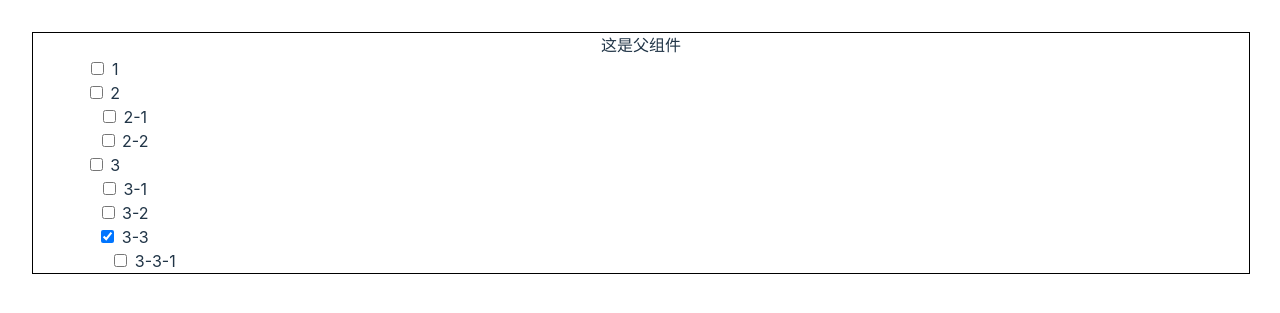
Repository: LeeypOR/management-system
Page: /
An editor plug-in stored every save of this project. The page is shown before and after the next save, followed by the edit.
The browser window is 1280 px wide. The pictures show the whole page.
The project was rebuilt for these pictures with package versions that can differ from the ones it lists, and the page was loaded fresh each time. Also part of the build but not shown: vite.config.ts.

Above is the page before, as saved 2023-02-23 18:21:20.
Console error: SyntaxError: Cannot use import statement outside a module

After the next save:
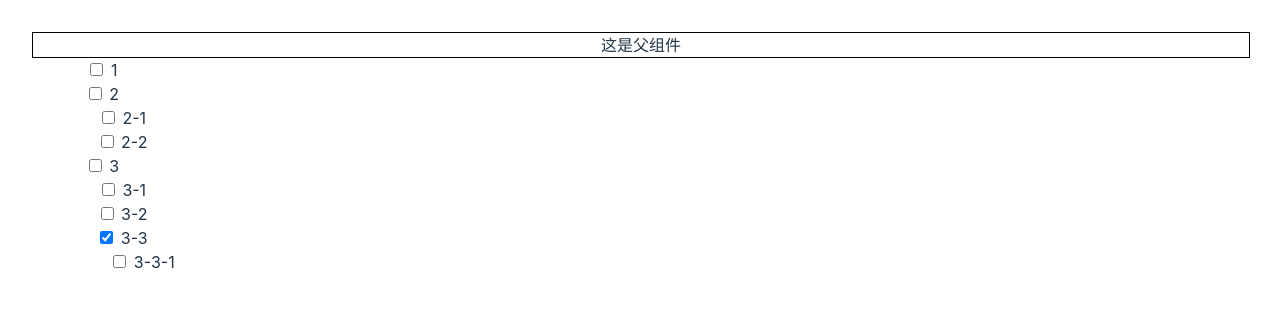
Saved 55 s later.
--- a/src/pages/index.vue
+++ b/src/pages/index.vue
@@ -3,8 +3,11 @@
     <header>
       这是父组件
     </header>
+    <Teleport to="#app">
+      <Children1 :data="data"></Children1>
+    </Teleport>
     <div>
-      <Children1 :data="data"></Children1>
+
     </div>
   </div>
 </template>
